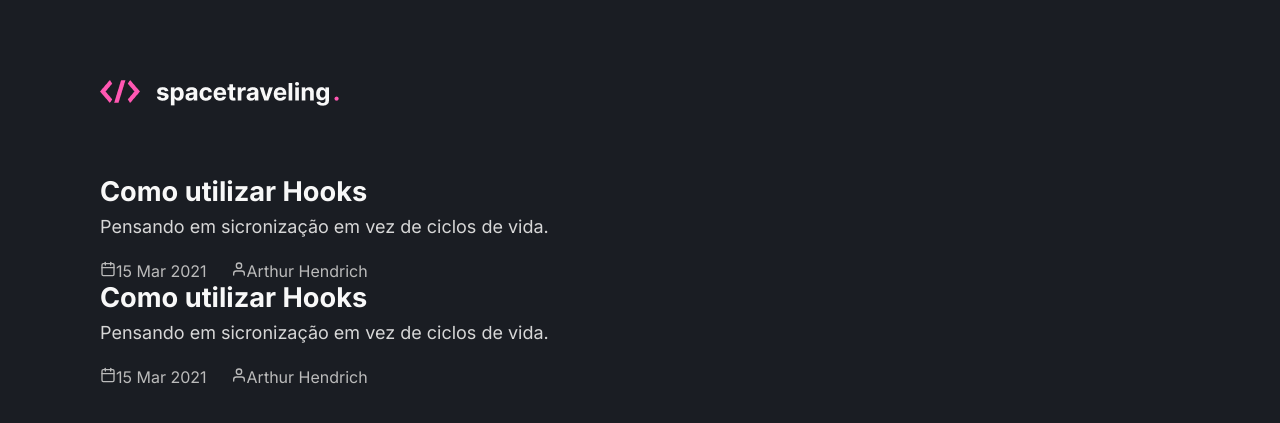
Repository: ArthurHendrich/Ignite-NextJS
Page: /
The author's editor kept a copy of each file at every save. The page is drawn from the files as they stood at one save, then again after the next save.
The browser window is 1280 px wide. The pictures show the whole page.
The project was rebuilt for these pictures with package versions that can differ from the ones it lists, and the page was loaded fresh each time. The framework's server and built-in components were replaced by stand-ins that run in the browser.

Above is the page before, as saved 2022-07-09 15:45:22.

After the next save:
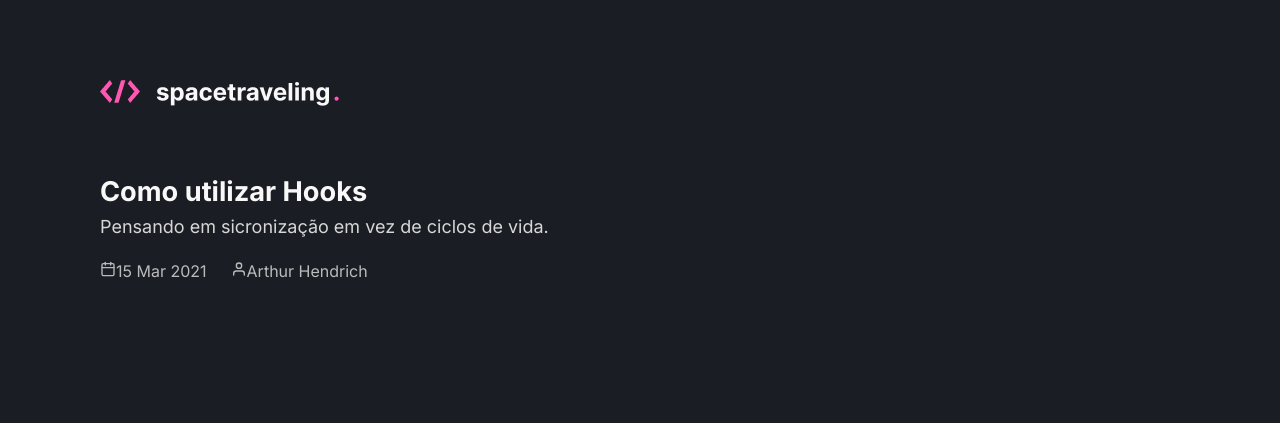
Saved 10 s later.
--- a/src/pages/index.tsx
+++ b/src/pages/index.tsx
@@ -41,18 +41,7 @@ export default function Home() {
             <span>Arthur Hendrich</span>
           </div>
         </div>
-        <h1>Como utilizar Hooks</h1>
-        <p>Pensando em sicronização em vez de ciclos de vida.</p>
-        <div className={styles.ContentInfo}>
-          <div className={styles.Date}>
-            <FiCalendar />
-            <span>15 Mar 2021</span>
-          </div>
-          <div className={styles.Author}>
-            <FiUser />
-            <span>Arthur Hendrich</span>
-          </div>
-        </div>
+
       </div>
     </main>
   );
